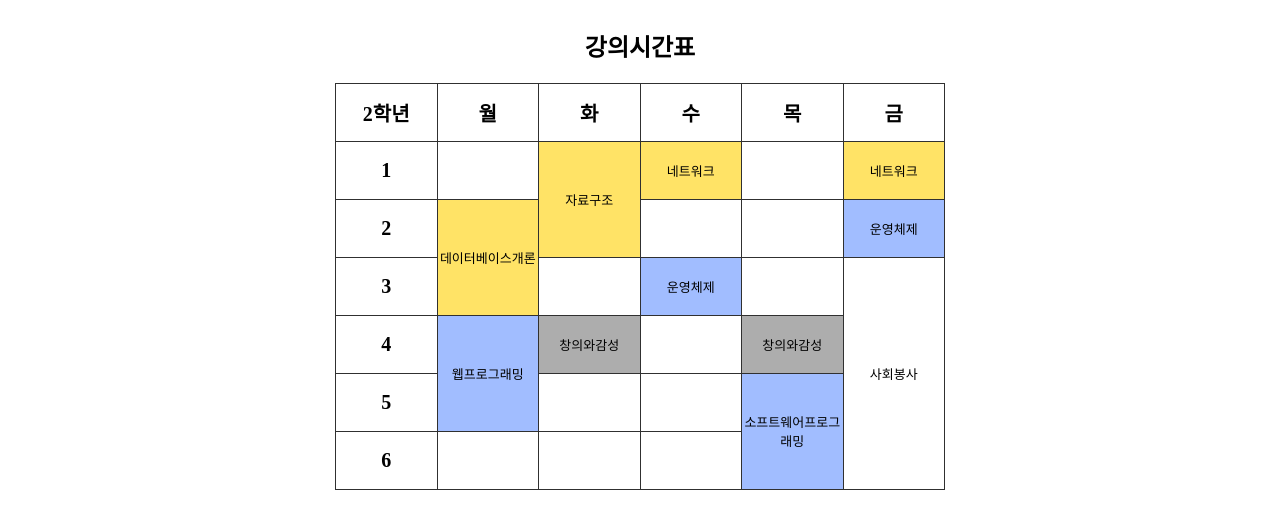
Repository: jpg723/Assignment
Page: 웹프로그래밍/Practice_01/src/main/webapp/Practice_01.html
An editor plug-in stored every save of this project. The page is shown before and after the next save, followed by the edit.
The browser window is 1280 px wide. The pictures show the whole page.

Above is the page before, as saved 2021-10-31 05:53:41.

After the next save:
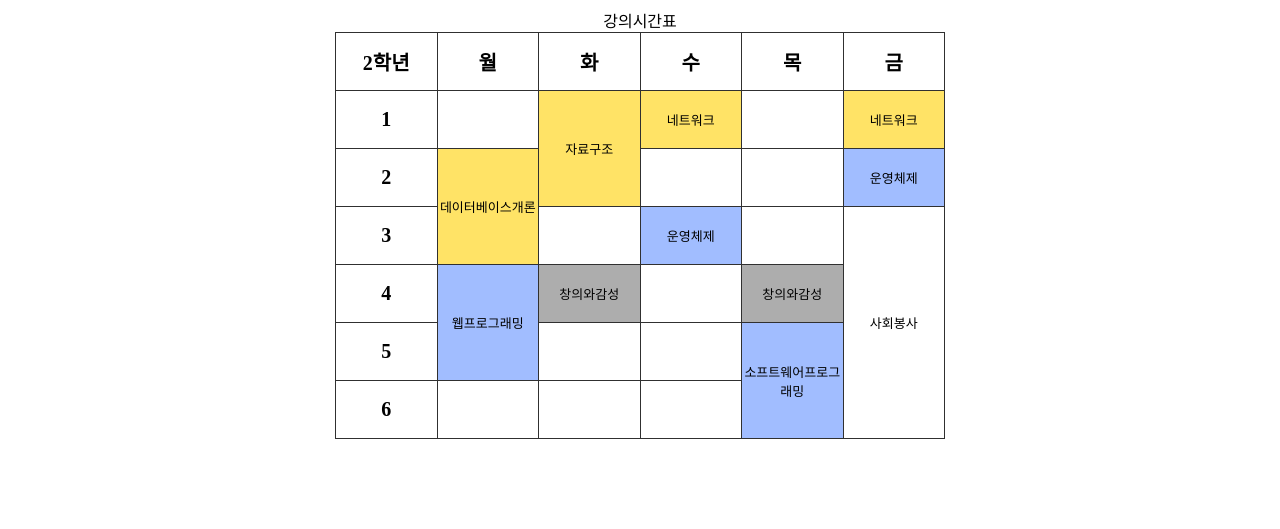
Saved 34 s later.
--- a/웹프로그래밍/Practice_01/src/main/webapp/Practice_01.html
+++ b/웹프로그래밍/Practice_01/src/main/webapp/Practice_01.html
@@ -46,9 +46,7 @@
 <body>
 	<div align="center">
 		<table>
-			<caption>
-				<h2>강의시간표</h2>
-			</caption>
+			<caption>강의시간표</caption>
 			<tr id="table_title">
 				<th>2학년</th>
 				<th>월</th>

After the save that followed:
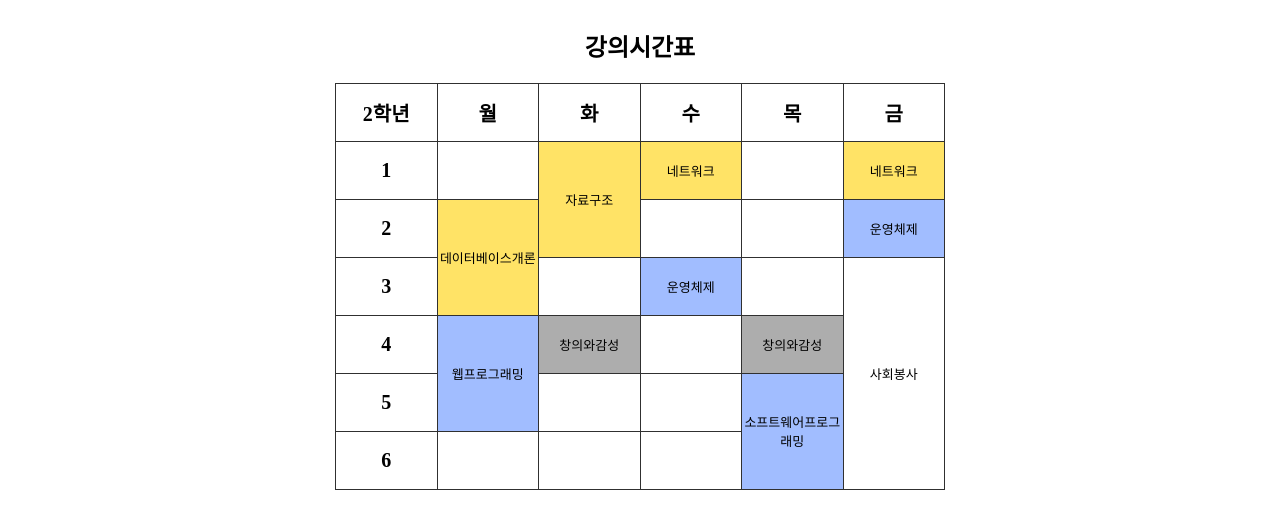
Saved 10 s later.
--- a/웹프로그래밍/Practice_01/src/main/webapp/Practice_01.html
+++ b/웹프로그래밍/Practice_01/src/main/webapp/Practice_01.html
@@ -46,7 +46,9 @@
 <body>
 	<div align="center">
 		<table>
-			<caption>강의시간표</caption>
+			<caption>
+				<h2>강의시간표</h2>
+			</caption>
 			<tr id="table_title">
 				<th>2학년</th>
 				<th>월</th>
